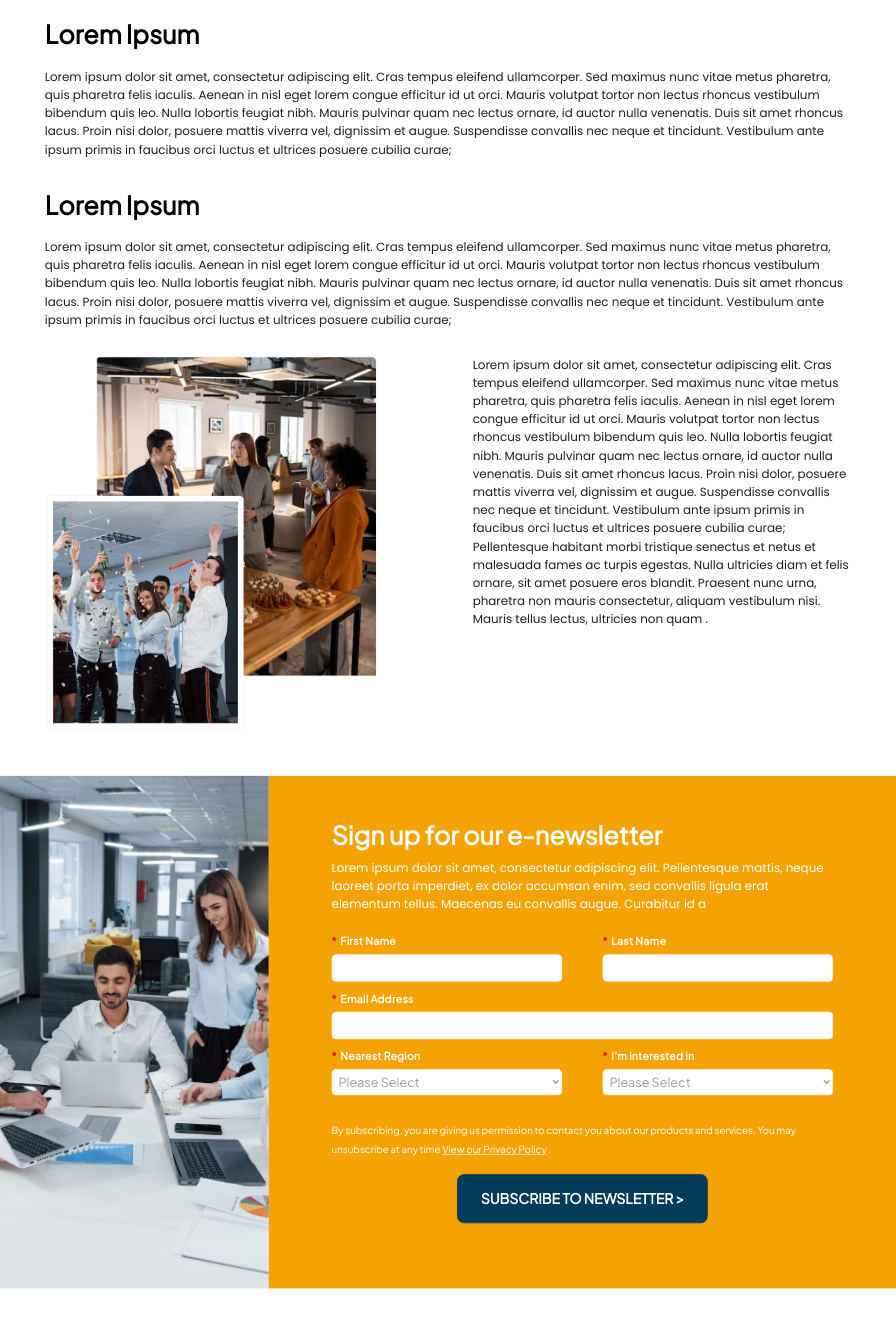
Repository: Akash8377/Hospitality-website
Page: /about-us
These files come from the project's save history. The page is drawn as it stood at one moment and after the next save; the edit follows.
The browser window is 1280 px wide. The pictures show the part of the page from y = 698 to 2618 px (the page is 2603 px tall before and 2618 px after), at 70% of full size.
Some web libraries are served in a nearby version. The project was rebuilt for these pictures with package versions that can differ from the ones it lists, and the page was loaded fresh each time. Also part of the build but not shown: src/Component/Partial/heading-cont.js, src/Component/Shared/about-us.js, src/Component/Shared/Banner.js, src/Component/Shared/popular-jobs.js, src/Component/Sliders/ServiceSlider.js, src/Component/Sliders/ReviewSlider.js, src/Component/Partial/index-banner.js, src/Component/Partial/index-buisness-banner.js and 2 more.

Above is the page before, as saved 2023-07-07 12:19:56.

After the next save:
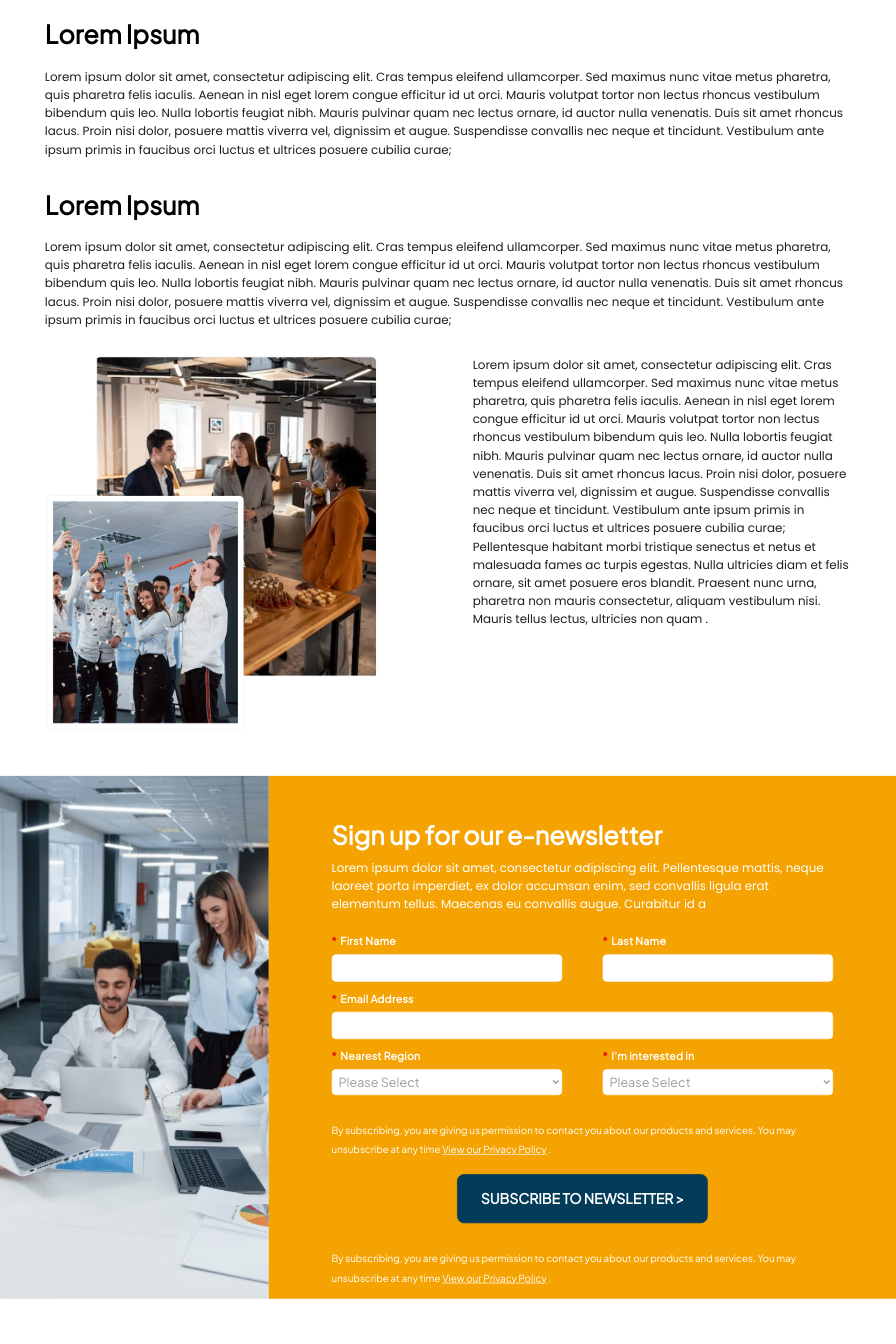
Saved 10 s later.
--- a/src/Component/Partial/About Us Component/Newsletter.js
+++ b/src/Component/Partial/About Us Component/Newsletter.js
@@ -68,6 +68,10 @@
           <button className="NewsLetter_Button">
           SUBSCRIBE TO NEWSLETTER  {">"}
           </button>
+
+          <p className="Policy">
+          By subscribing, you are giving us permission to contact you about our products and services. You may unsubscribe at any time <span>View our Privacy Policy</span> .
+          </p>
         </div>
       </div>
     </div>

After the save that followed:
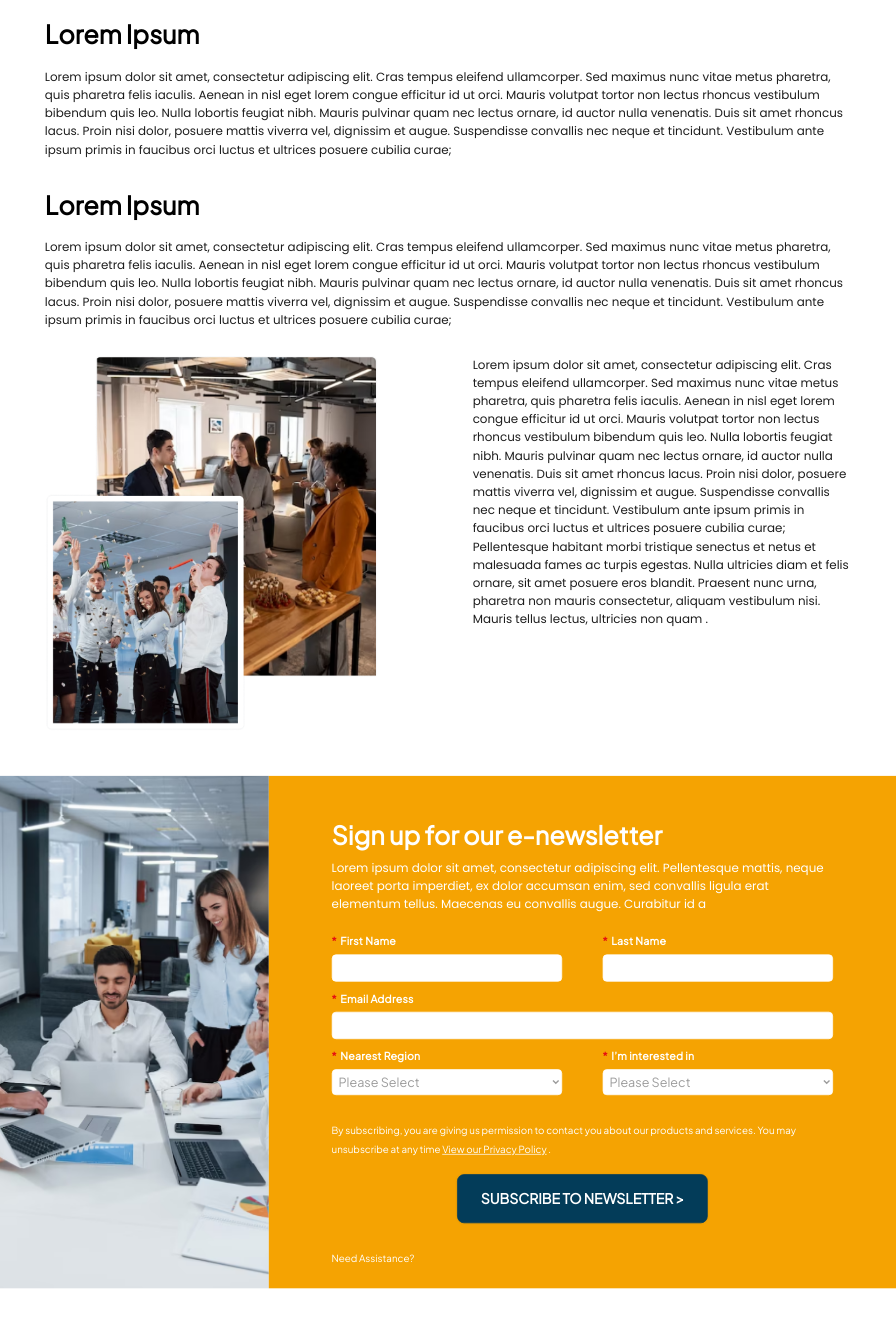
Saved 5 s later.
--- a/src/Component/Partial/About Us Component/Newsletter.js
+++ b/src/Component/Partial/About Us Component/Newsletter.js
@@ -70,7 +70,7 @@
           </button>
 
           <p className="Policy">
-          By subscribing, you are giving us permission to contact you about our products and services. You may unsubscribe at any time <span>View our Privacy Policy</span> .
+          Need Assistance?
           </p>
         </div>
       </div>
